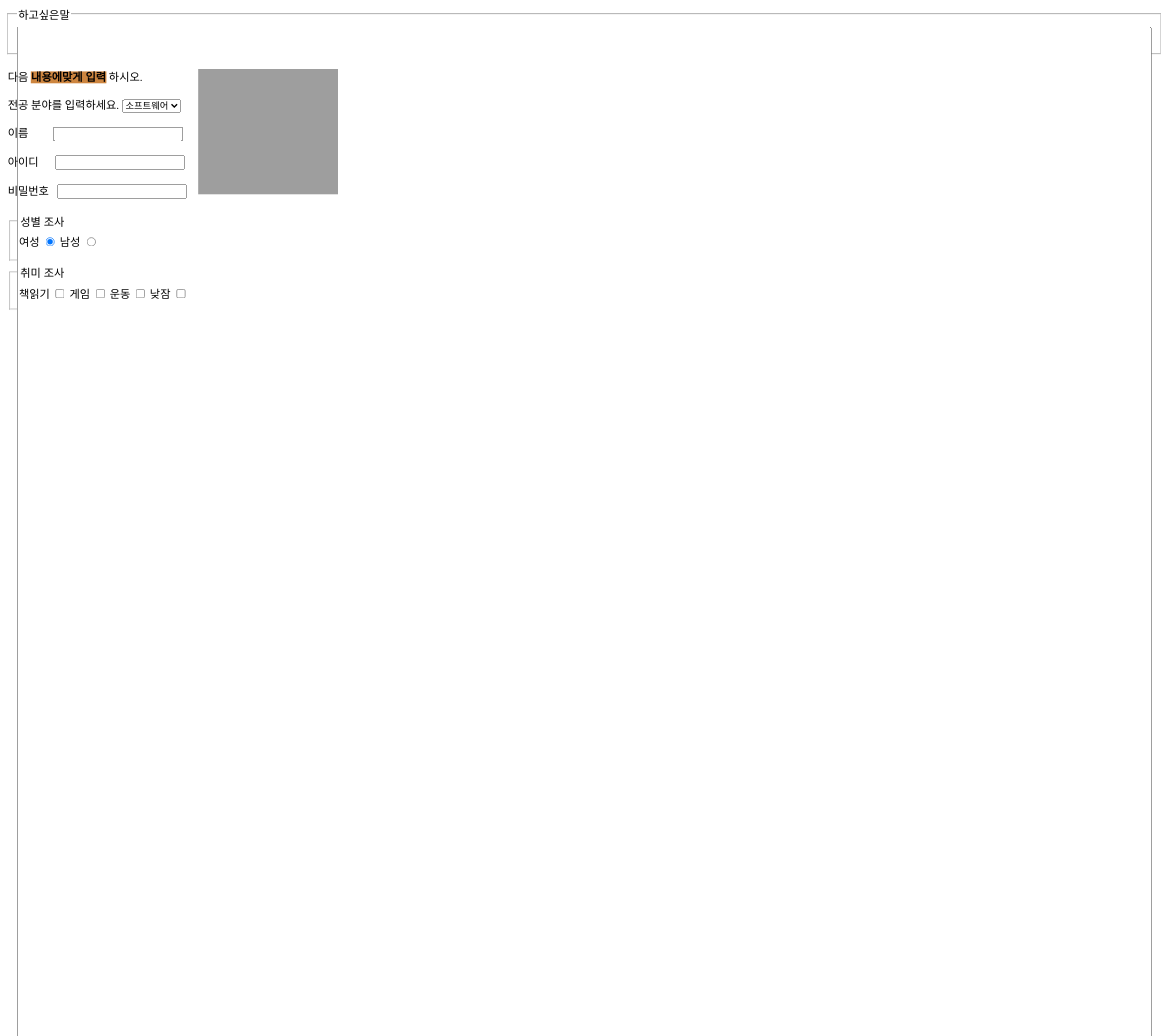
Repository: basstpgns/20201029html
Page: jsp/html/quiz03.html
The author's editor kept a copy of each file at every save. The page is drawn from the files as they stood at one save, then again after the next save.
The browser window is 1280 px wide. The page is 1665 px wide, then 1280 px, so the pictures cover 1665 px, including what lies to the right of the window. The pictures show the part of the page from y = 0 to 1480 px (the page is 3048 px tall before and 720 px after), at 70% of full size.
Pictures or frames that could not be fetched are drawn as grey boxes.

Above is the page before, as saved 2020-10-30 02:44:47.

### jsp/html/quiz03.html
<!DOCTYPE html>
<html>
<head>
<meta charset="UTF-8">
<title>Insert title here</title>
</head>
<body>
	<table >
		<tr>
			<td><p>다음
				<span style="background-color: peru;"><b>내용에맞게 입력</b></span>
				하시오.</p>
				전공 분야를 입력하세요.
				<select >
					<option>소프트웨어</option>
					<option>하드웨어</option>
					<option>백수</option>
				</select>
				<p>이름 &nbsp;&nbsp;&nbsp;&nbsp;&nbsp;&nbsp;&nbsp;&nbsp;<input type="text"></p>
				<p>아이디 &nbsp;&nbsp;&nbsp;&nbsp;&nbsp;<input type="text"></p>
				<p>비밀번호 &nbsp;&nbsp;<input type="password"></p>
			</td>
			<td>
				<img width="200px" height="180px" src="https://image.dongascience.com/Photo/2017/03/14900752352661.jpg">
			</td>
		</tr>
		<tr >
			<td colspan="2">
				<fieldset style="width: 450px; height: 50px;">
					<legend>
						성별 조사
					</legend>
					여성 <input type="radio" name="gender" checked>
					남성 <input type="radio" name="gender">
				</fieldset>
			</td>
		</tr>
		<tr>
			<td colspan="2">
				<fieldset>
					<legend>
						취미 조사
					</legend>
					책읽기 <input type="checkbox">
					게임 <input type="checkbox">
					운동 <input type="checkbox">
					낮잠 <input type="checkbox">
				</fieldset>
			</td>
		</tr>
		<tr>
			<fieldset style="width: 450px; height: 50px;">
					<legend>
						하고싶은말
					</legend>
					<textarea rows="200px" cols="200px"></textarea>
				</fieldset>
		</tr>
	</table>
</body>
</html>

After the next save:
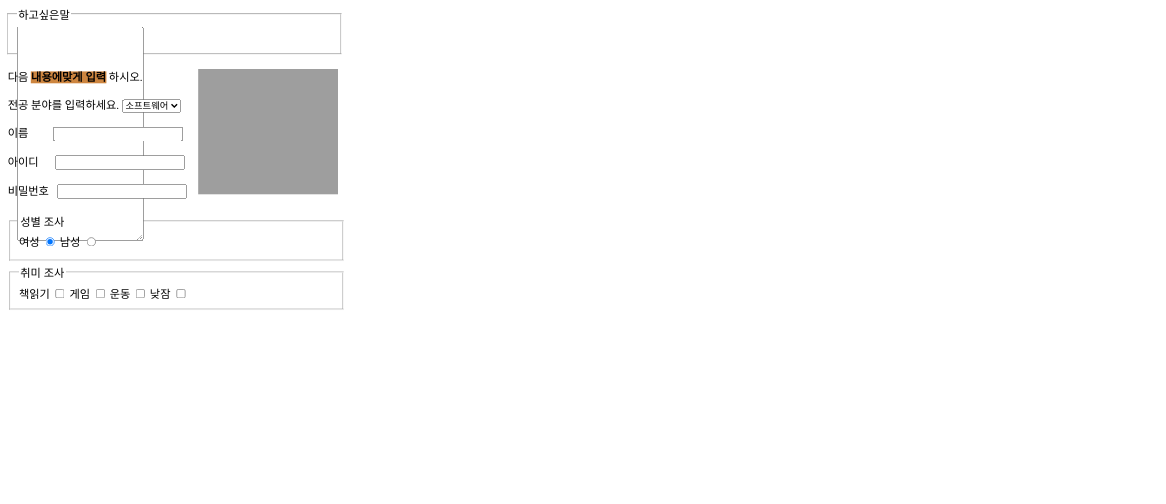
Saved 11 s later.
--- a/jsp/html/quiz03.html
+++ b/jsp/html/quiz03.html
@@ -53,7 +53,7 @@
 					<legend>
 						하고싶은말
 					</legend>
-					<textarea rows="200px" cols="200px"></textarea>
+					<textarea rows="20px" cols="20px"></textarea>
 				</fieldset>
 		</tr>
 	</table>
